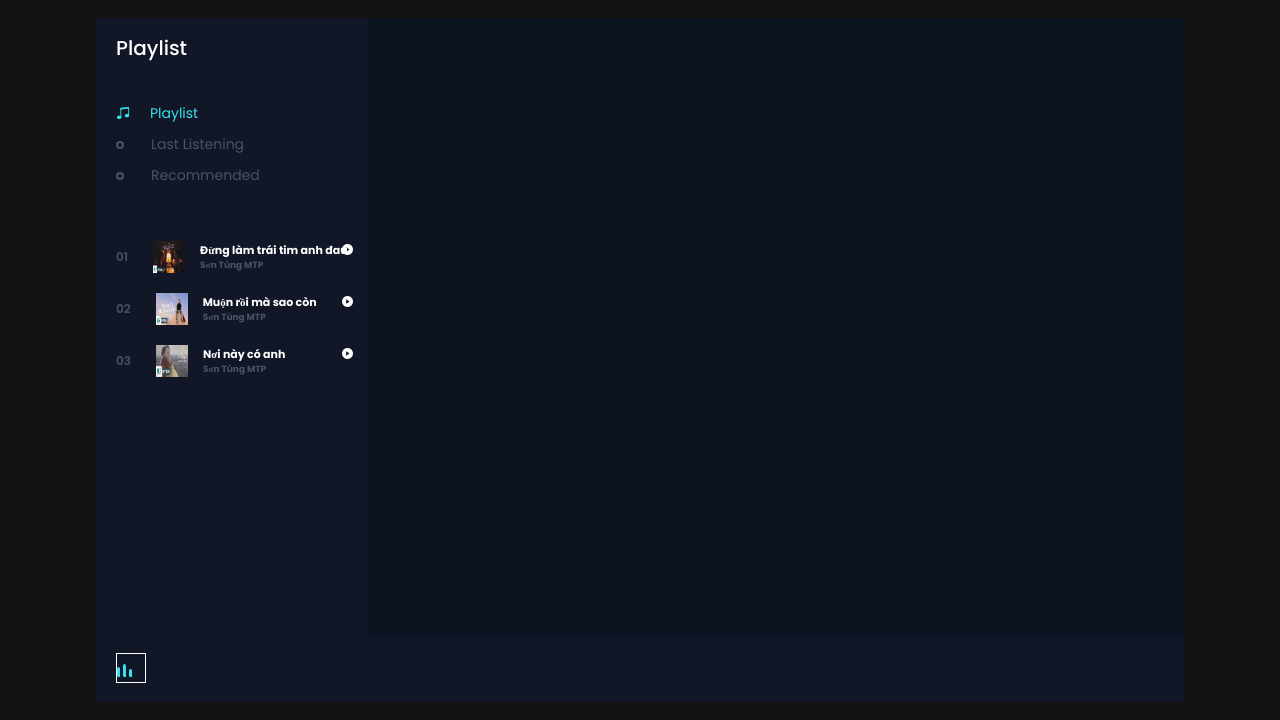
Repository: reminzuetto/Music-Website
Page: index.html
The author's editor kept a copy of each file at every save. The page is drawn from the files as they stood at one save, then again after the next save.
The browser window is 1280 px wide. The pictures show the whole page.

Above is the page before, as saved 2024-06-10 23:25:45.

After the next save:
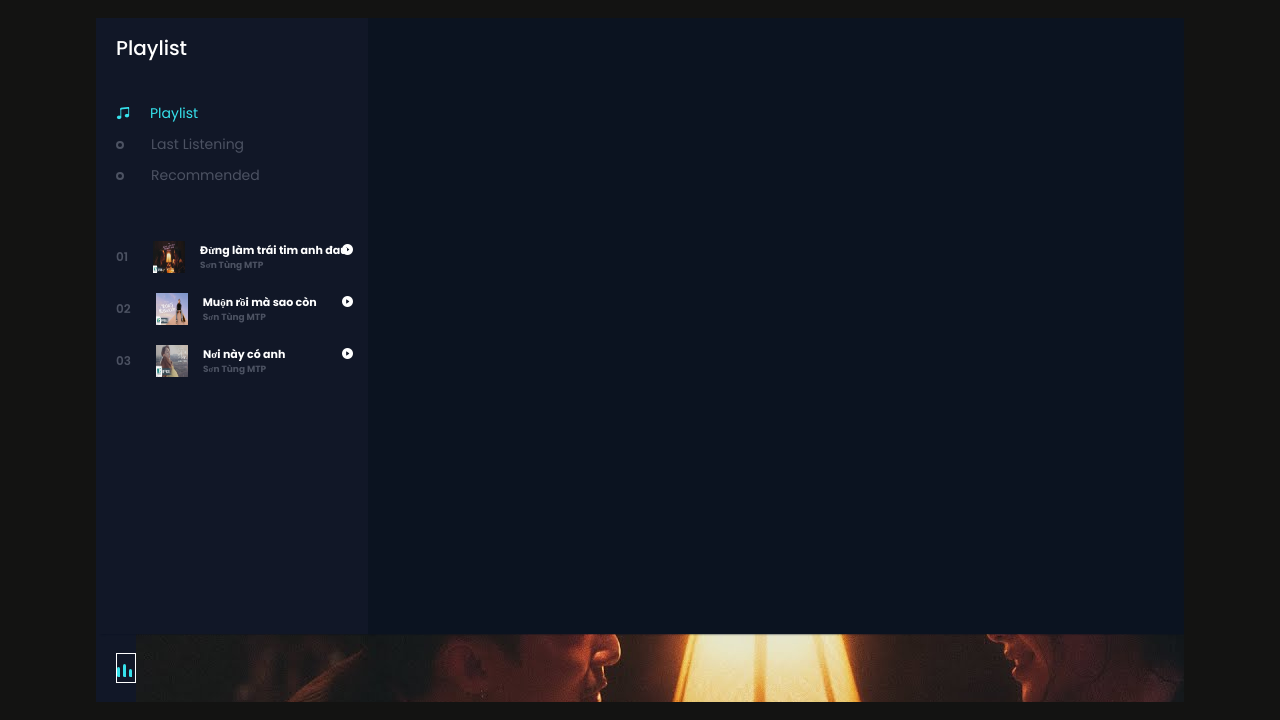
Saved 91 s later.
--- a/index.html
+++ b/index.html
@@ -68,6 +68,7 @@
           <div class="wave1"></div>
           <div class="wave1"></div>
         </div>
+        <img src="./MusicThumbnail/DungLamTraiTimAnhDau.jpg" alt="" />
       </div>
     </header>
     <script src="./main.js"></script>
